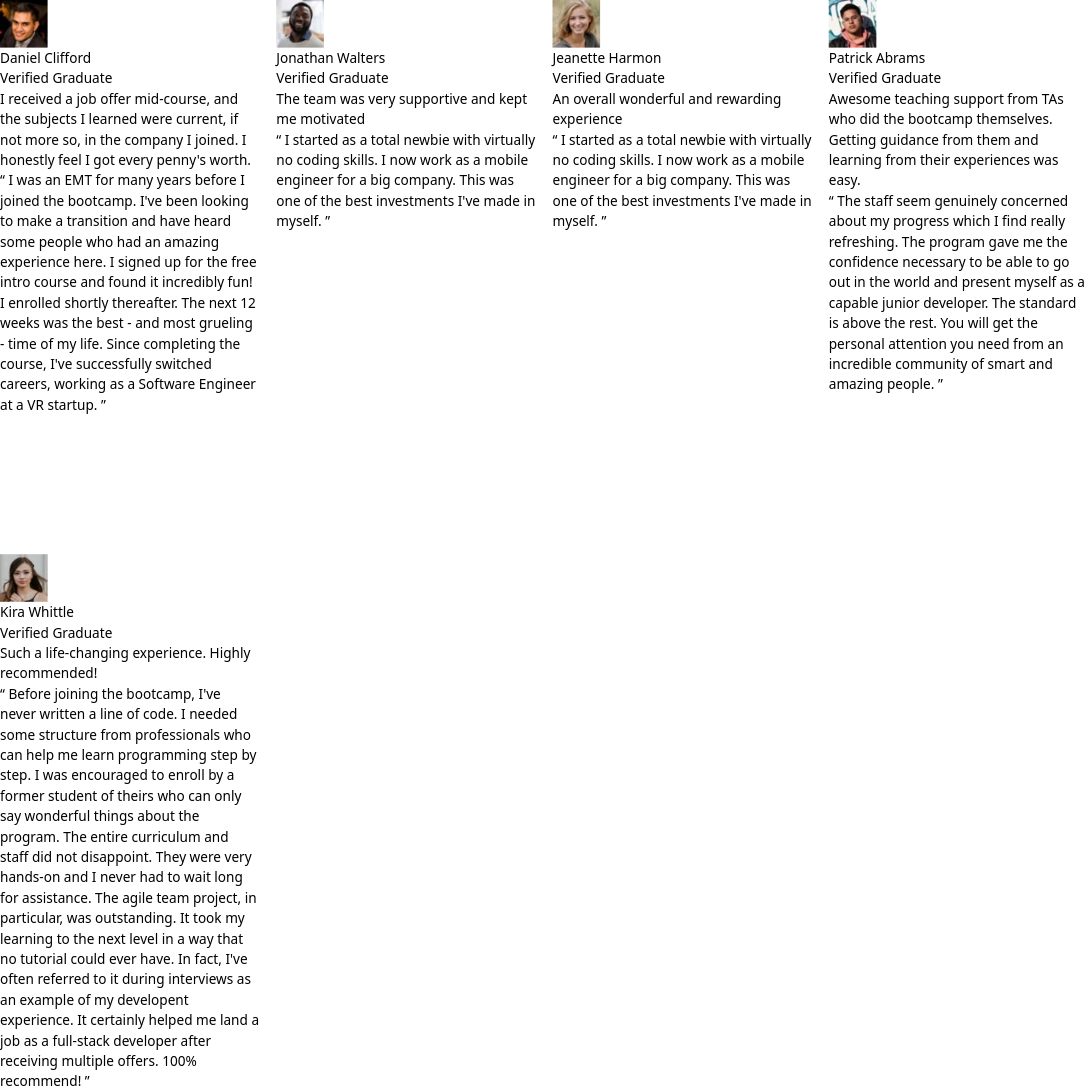
Repository: DiyBookOfLife/ps-FrontendMentor
Page: index.html
The author's editor kept a copy of each file at every save. The page is drawn from the files as they stood at one save, then again after a run of saves.
The browser window is 1280 px wide. The pictures show the whole page, at 85% of full size.
Some web libraries are served in a nearby version.

Above is the page before, as saved 2026-01-02 13:15:58.

After the next 2 saves:
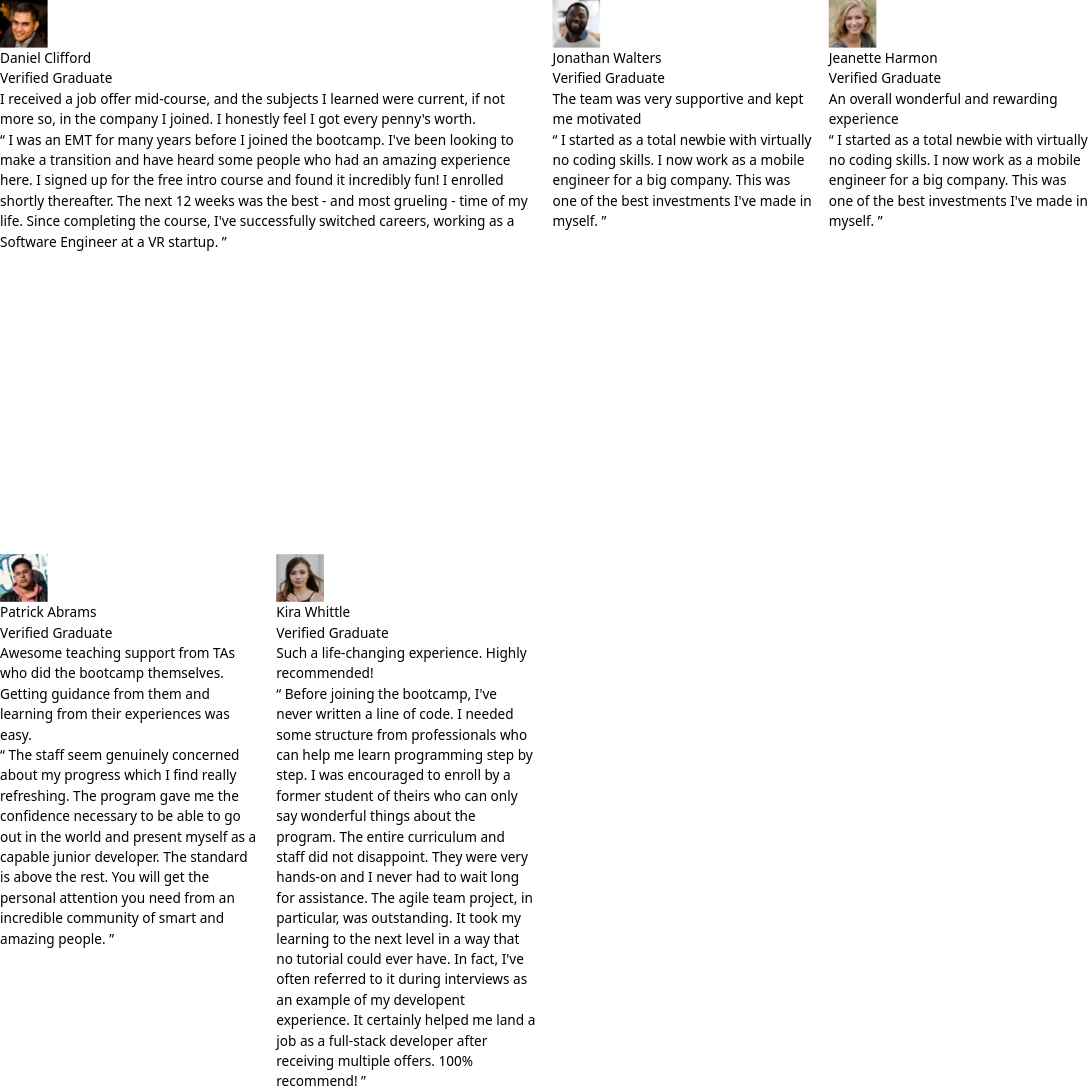
The 2 saves are shown as one change because they came seconds apart.
The last was saved 20 s later.
--- a/index.html
+++ b/index.html
@@ -21,7 +21,7 @@
 <body>
   <main>
     <section class="grid grid-cols-4 grid-rows-2 gap-[20px]">
-      <div class="col-start-1">
+      <div class="col-start-1 col-end-3">
         <div class="profile">
           <img src="./images/image-daniel.jpg" alt="picture of daniel">
           <div>
